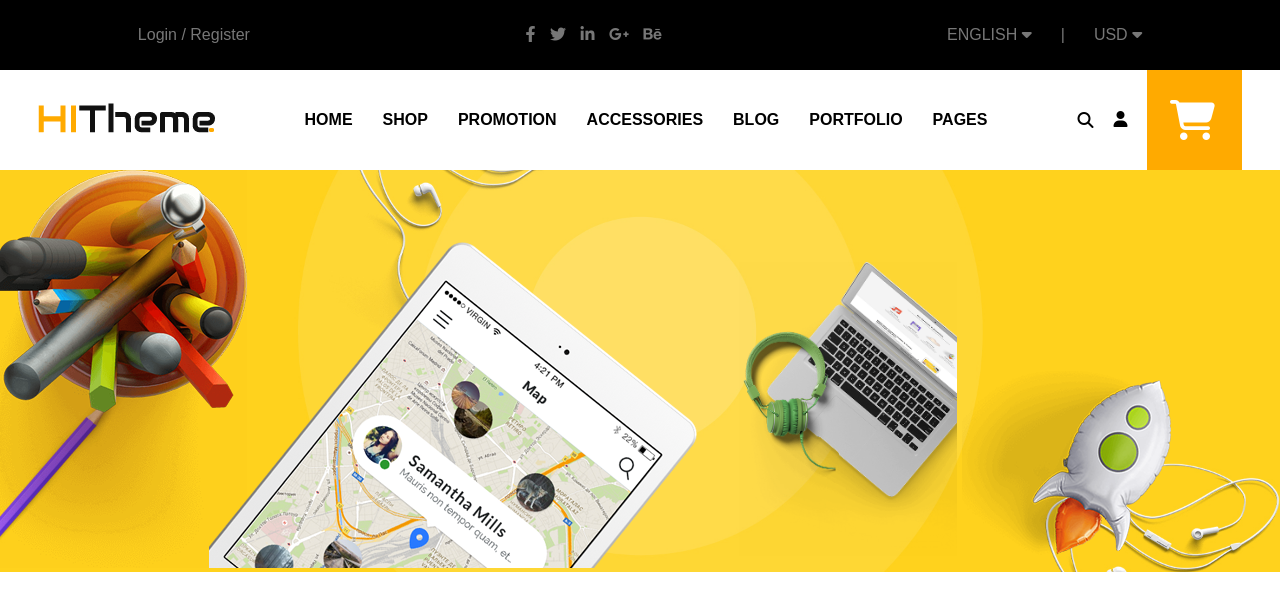
Repository: Thach1311/DU-AN-WEB-BAN-HANG-
Page: index1.html
An editor plug-in stored every save of this project. The page is shown before and after the next save, followed by the edit.
The browser window is 1280 px wide. The pictures show the whole page.

Above is the page before, as saved 2023-02-23 17:36:55.

After the next save:
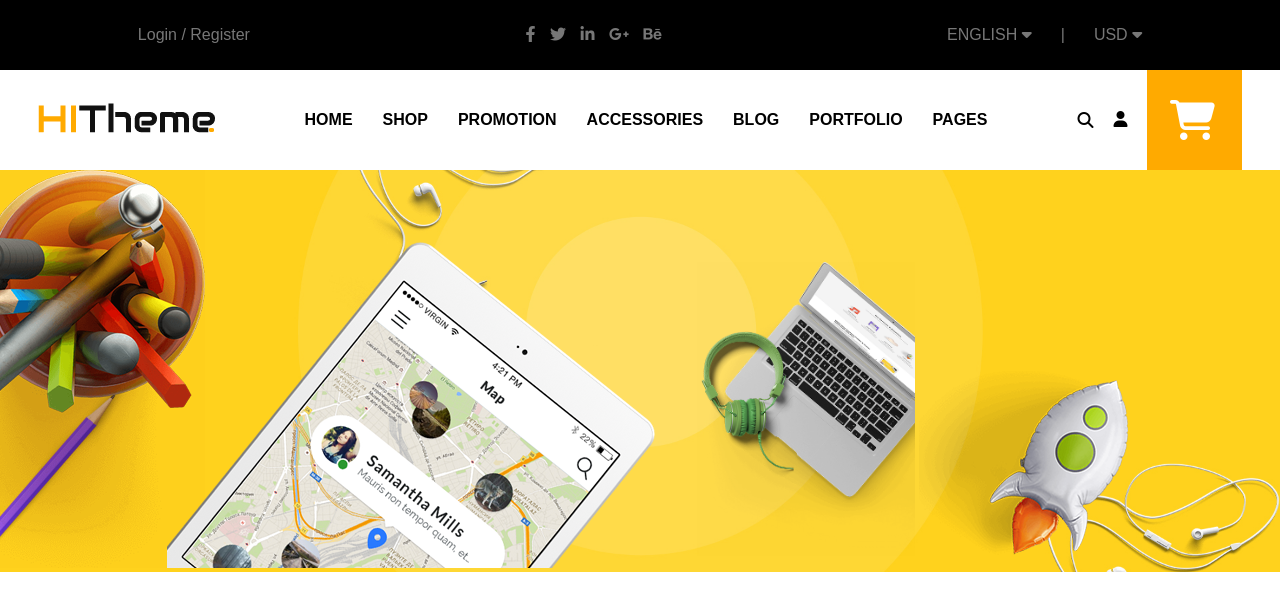
Saved 13 s later.
--- a/CSS/style1.css
+++ b/CSS/style1.css
@@ -619,6 +619,7 @@
     /* animation: go 2s infinite alternate-reverse; */
     /* position: absolute;
     margin-top: 500px; */
+    animation: go 3s infinite alternate-reverse;
 }
 .slide__bgMain-item2{
 
